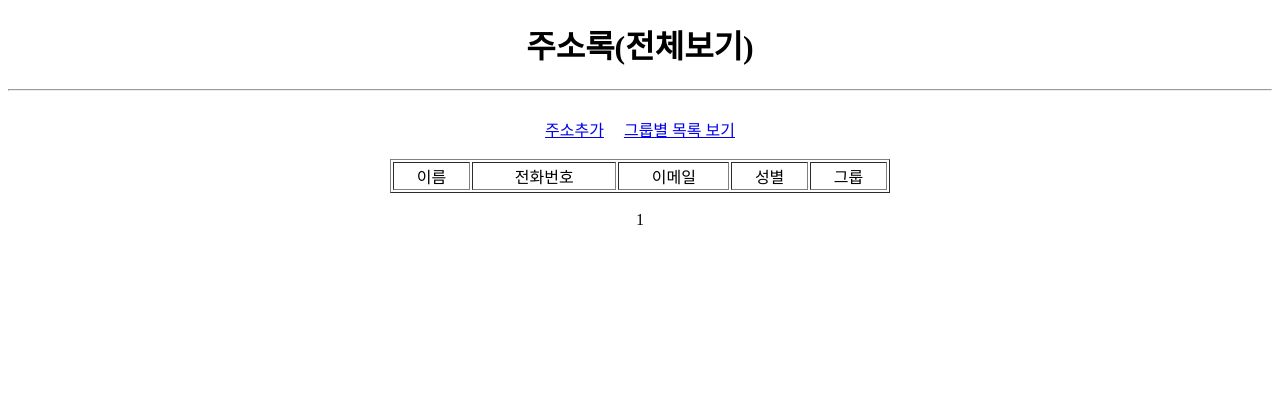
Repository: tellgeniewish/Web-programming
Page: http://localhost/ch03/Practice 38/addr_list.jsp
An editor plug-in stored every save of this project. The page is shown before and after the next save, followed by the edit.
The browser window is 1280 px wide. The pictures show the whole page.
The page is served by Tomcat 9. Other server files are loaded and not shown.

Above is the page before, as saved 2023-12-13 19:04:22.

### ch03/src/main/webapp/Practice 38/addr_list.jsp
<!--응용화학과 20211689 김현진
이 과제는 크롬에 최적화되어 있습니다.-->
<%@ page language="java" contentType="text/html; charset=UTF-8"
    pageEncoding="UTF-8"%>
<% request.setCharacterEncoding("UTF-8"); %>
<%@ page import="java.util.ArrayList" %>
<%@ page import="jspbook.pr32.*" %>
<!DOCTYPE html>
<html>
<head>
<meta charset="UTF-8">
<title>addr_list.jsp</title>
<style>
	body {
		text-align: center;
	}
	table {
		margin: auto;
		text-align: center;
		width: 500px;
	}
</style>
</head>
<body>
<jsp:useBean id="addrmanager" class="jspbook.pr32.AddrManager" scope="application" />
<%@ taglib prefix="c" uri="http://java.sun.com/jsp/jstl/core" %>
<%
int rpp = 3; // row per page 한 페이지에 몇 개씩 보이게 할건지
String sindex = request.getParameter("sindex");

int currentPage;
if (sindex == null)
	currentPage = 1;
else
	currentPage = Integer.parseInt(sindex);

int allpage; // 전체 페이지 개수 계산
if (addrmanager.getAddrList().size() == 0)
	allpage = 1;
else if (addrmanager.getAddrList().size() % rpp == 0)
	allpage = addrmanager.getAddrList().size() / rpp;
else
	allpage = addrmanager.getAddrList().size() / rpp + 1;

int startIndex = (currentPage - 1) * rpp;
int lastIndex;
if (currentPage == allpage)
	lastIndex = addrmanager.getAddrList().size() - 1;
else
	lastIndex = startIndex + rpp - 1;
%>
<% ArrayList<AddrBean> a = addrmanager.getAddrList(); %>
    <h1>주소록(전체보기)</h1>
    <hr>
    <br>
    <a href="addr_form.jsp">주소추가</a>
    &nbsp;&nbsp;&nbsp;
    <a href="addr_list_group.jsp">그룹별 목록 보기</a>
    <br>
    <br>
    <table border='1'>
        <tr>
            <td>이름</td>
            <td>전화번호</td>
            <td>이메일</td>
            <td>성별</td>
            <td>그룹</td>
        </tr>

        <%
        if (a.size() != 0) { // addrmanager.getAddrList().size() != 0
			for (int i = startIndex; i <= lastIndex; i++) {
				%>
				<tr>
					<td><%= a.get(i).getUsername() %></td>
			        <td><%= a.get(i).getTel() %></td>
			        <td><%= a.get(i).getEmail() %></td>
			        <td><%= a.get(i).getGender() %></td>
			        <td><%= a.get(i).getGroup() %></td>
		        </tr>
		        <%
            }
		}
        %>

    </table>
    <br>
    <%
    	for (int i = 1; i <= allpage; i++) {
    		if (i == currentPage) {
    			out.println(i);
    		}
    		else {
    			%>
    			<a href="addr_list.jsp?sindex=<%= i %>"> <%= i %> </a>
    		<%
    		}
    		if (i != allpage) {
    			out.println("|");
    		}
    	}
	%>

</body>
</html>

### ch03/src/main/java/jspbook/pr32/AddrManager.java
package jspbook.pr32;
import java.util.ArrayList;

public class AddrManager {
	private ArrayList<AddrBean> addrlist;

	public AddrManager(){
		addrlist = new ArrayList<AddrBean>();
	}
	public ArrayList<AddrBean> getAddrList(){
		return addrlist;
	}
	public void add(AddrBean ab) {
		addrlist.add(ab);
	}

}

### ch03/src/main/java/jspbook/pr32/AddrBean.java
package jspbook.pr32;

public class AddrBean {
	private String username, tel, email, gender, group;

	public String getUsername() {
		return username;
	}

	public void setUsername(String username) {
		this.username = username;
	}

	public String getTel() {
		return tel;
	}

	public void setTel(String tel) {
		this.tel = tel;
	}

	public String getEmail() {
		return email;
	}

	public void setEmail(String email) {
		this.email = email;
	}

	public String getGender() {
		return gender;
	}

	public void setGender(String gender) {
		this.gender = gender;
	}

	public String getGroup() {
		return group;
	}

	public void setGroup(String group) {
		this.group = group;
	}

}

After the next save:
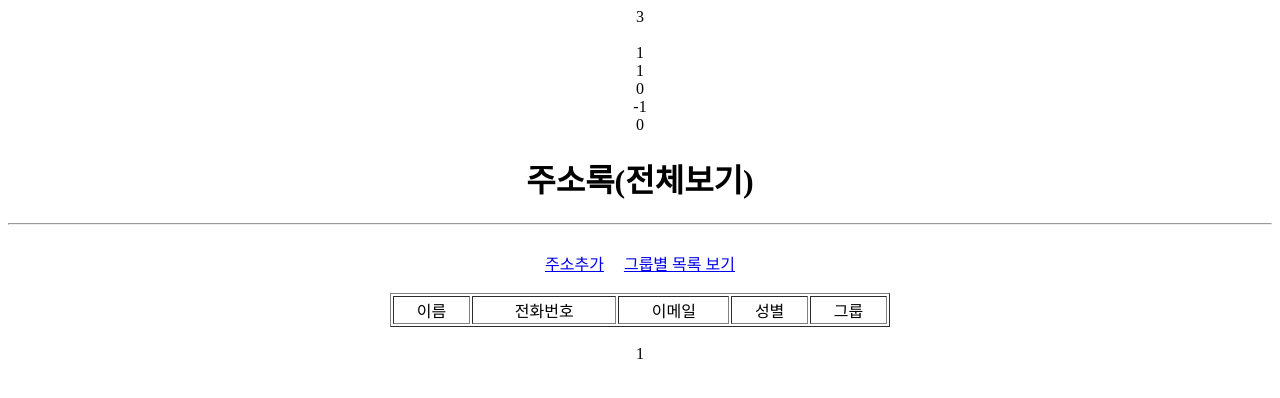
Saved 6 h 13 min later.
--- a/ch03/src/main/webapp/Practice 38/addr_list.jsp
+++ b/ch03/src/main/webapp/Practice 38/addr_list.jsp
@@ -11,45 +11,89 @@
 <meta charset="UTF-8">
 <title>addr_list.jsp</title>
 <style>
-	body {
-		text-align: center;
-	}
-	table {
-		margin: auto;
-		text-align: center;
-		width: 500px;
-	}
+   body {
+      text-align: center;
+   }
+   table {
+      margin: auto;
+      text-align: center;
+      width: 500px;
+   }
 </style>
 </head>
 <body>
 <jsp:useBean id="addrmanager" class="jspbook.pr32.AddrManager" scope="application" />
 <%@ taglib prefix="c" uri="http://java.sun.com/jsp/jstl/core" %>
-<%
+<%--
 int rpp = 3; // row per page 한 페이지에 몇 개씩 보이게 할건지
 String sindex = request.getParameter("sindex");
 
 int currentPage;
 if (sindex == null)
-	currentPage = 1;
+   currentPage = 1;
 else
-	currentPage = Integer.parseInt(sindex);
+   currentPage = Integer.parseInt(sindex);
 
 int allpage; // 전체 페이지 개수 계산
 if (addrmanager.getAddrList().size() == 0)
-	allpage = 1;
+   allpage = 1;
 else if (addrmanager.getAddrList().size() % rpp == 0)
-	allpage = addrmanager.getAddrList().size() / rpp;
+   allpage = addrmanager.getAddrList().size() / rpp;
 else
-	allpage = addrmanager.getAddrList().size() / rpp + 1;
+   allpage = addrmanager.getAddrList().size() / rpp + 1;
 
 int startIndex = (currentPage - 1) * rpp;
 int lastIndex;
-if (currentPage == allpage)
-	lastIndex = addrmanager.getAddrList().size() - 1;
+if (currentPage == 1 || currentPage == allpage) {
+   lastIndex = addrmanager.getAddrList().size() - 1;
+}
 else
-	lastIndex = startIndex + rpp - 1;
-%>
-<% ArrayList<AddrBean> a = addrmanager.getAddrList(); %>
+   lastIndex = startIndex + rpp - 1;
+--%>
+
+<c:set var="rpp" value="3" />
+<% String sindex = request.getParameter("sindex"); %>
+<c:set var="sindex" value="<%=sindex%>" />
+
+<c:choose>
+    <c:when test="${empty sindex}">
+       <c:set var="currentPage" value="1" />
+    </c:when>
+    <c:otherwise>
+       <c:set var="currentPage" value="${Integer.parseInt(sindex)}" />
+    </c:otherwise>
+</c:choose>
+
+<c:choose>
+    <c:when test="${addrmanager.getAddrList().size() == 0}">
+       <c:set var="allpage" value="1" />
+    </c:when>
+    <c:when test="${addrmanager.getAddrList().size() % rpp == 0}">
+       <c:set var="allpage" value="${addrmanager.getAddrList().size() / rpp}" />
+    </c:when>
+    <c:otherwise>
+       <c:set var="allpage" value="${addrmanager.getAddrList().size() / rpp + 1}" />
+    </c:otherwise>
+</c:choose>
+
+<c:set var="startIndex" value="${(currentPage - 1) * rpp}" />
+<c:choose>
+    <c:when test="${currentPage == allpage}">
+        <c:set var="lastIndex" value="${addrmanager.getAddrList().size() - 1}" />
+    </c:when>
+    <c:otherwise>
+       <c:set var="lastIndex" value="${startIndex + rpp - 1}" />
+    </c:otherwise>
+</c:choose>
+
+<c:out value="${rpp}" /><br>
+<c:out value="${sindex}" /><br>
+<c:out value="${currentPage}" /><br>
+<c:out value="${allpage}" /><br>
+<c:out value="${startIndex}" /><br>
+<c:out value="${lastIndex}" /><br>
+<c:out value="${addrmanager.getAddrList().size()}" /><br>
+
     <h1>주소록(전체보기)</h1>
     <hr>
     <br>
@@ -67,39 +111,33 @@ else
             <td>그룹</td>
         </tr>
 
-        <%
-        if (a.size() != 0) { // addrmanager.getAddrList().size() != 0
-			for (int i = startIndex; i <= lastIndex; i++) {
-				%>
-				<tr>
-					<td><%= a.get(i).getUsername() %></td>
-			        <td><%= a.get(i).getTel() %></td>
-			        <td><%= a.get(i).getEmail() %></td>
-			        <td><%= a.get(i).getGender() %></td>
-			        <td><%= a.get(i).getGroup() %></td>
-		        </tr>
-		        <%
-            }
-		}
-        %>
+        <c:if test="${0 < addrmanager.getAddrList().size()}" var="bool">
+         <c:forEach var="i" begin="${startIndex}" end="${lastIndex}" >
+              <tr>
+                 <td>${addrmanager.getAddrList().get(i).getUsername()}</td>
+                 <td>${addrmanager.getAddrList().get(i).getTel()}</td>
+                 <td>${addrmanager.getAddrList().get(i).getEmail()}</td>
+                 <td>${addrmanager.getAddrList().get(i).getGender()}</td>
+                 <td>${addrmanager.getAddrList().get(i).getGroup()}</td>
+              </tr>
+           </c:forEach>
+        </c:if>
 
     </table>
     <br>
-    <%
-    	for (int i = 1; i <= allpage; i++) {
-    		if (i == currentPage) {
-    			out.println(i);
-    		}
-    		else {
-    			%>
-    			<a href="addr_list.jsp?sindex=<%= i %>"> <%= i %> </a>
-    		<%
-    		}
-    		if (i != allpage) {
-    			out.println("|");
-    		}
-    	}
-	%>
+    <c:forEach var="i" begin="1" end="${allpage}" >
+       <c:choose>
+          <c:when test="${i == currentPage}">
+             ${i}
+          </c:when>
+          <c:otherwise>
+             <a href="addr_list.jsp?sindex=${i}"> ${i} </a>
+          </c:otherwise>
+       </c:choose>
+       <c:if test="${i != allpage}" var="bool">
+          |
+       </c:if>
+    </c:forEach>
 
 </body>
 </html>
